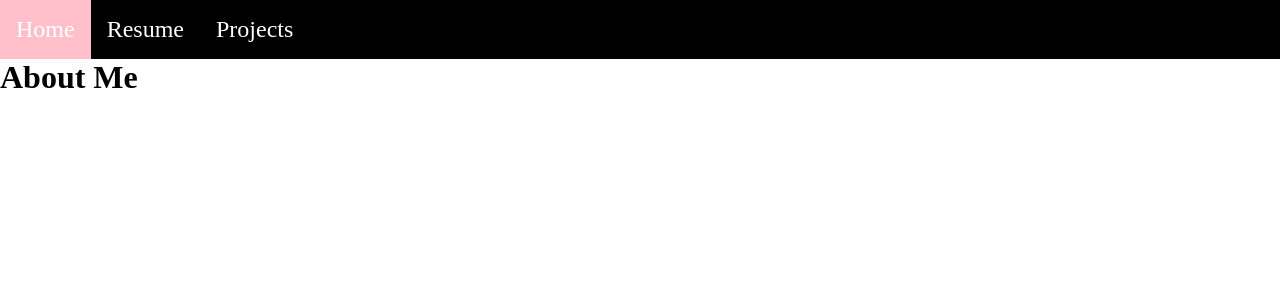
Repository: Starfishmas/Starfishmas.github.io
Page: aboutmeh.html
The author's editor kept a record of every edit. The page is drawn from the files as they stood at one moment, then again after the next edit.
The browser window is 1280 px wide. The pictures show the whole page.

Above is the page before.

After the next edit:
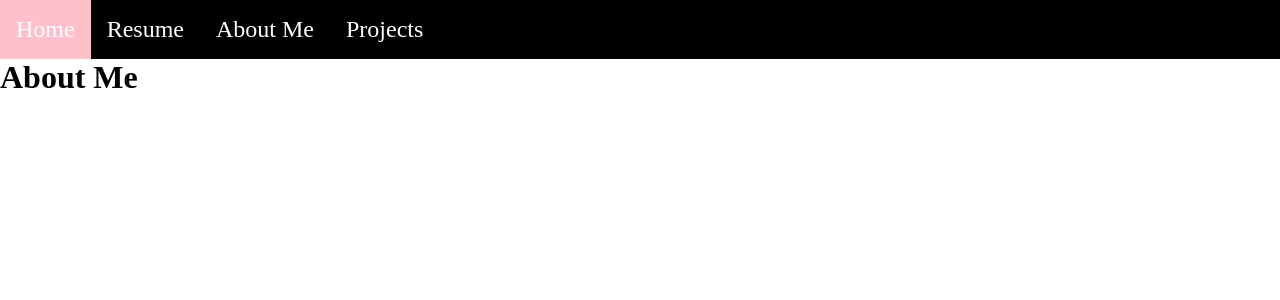
The edit:
--- a/aboutmeh.html
+++ b/aboutmeh.html
@@ -9,6 +9,7 @@
     <ul class=navbar>
         <li class="active"><a href="index.html">Home</a></li>
         <li><a href="resume.html">Resume</a></li>
+        <li class="Aboutme"><a href="aboutmeh.html">About Me</a></li>
         <li class="dropdown">
             <div>Projects</div>
             <ul class="dropdown-content">
